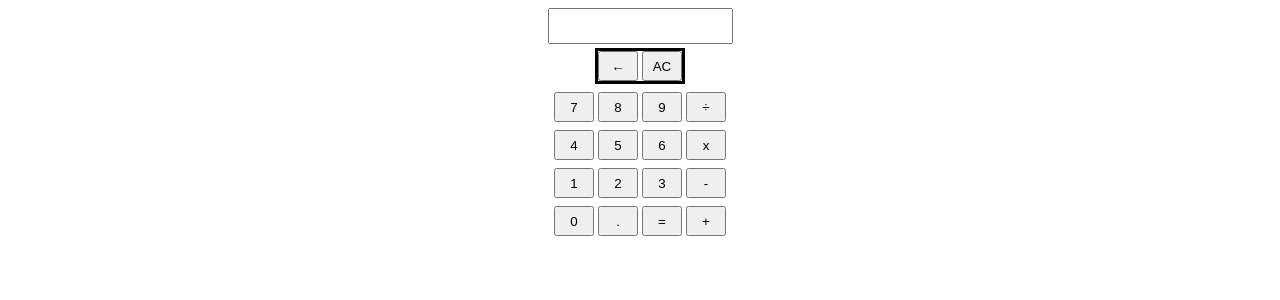
Repository: z1youRA/MyCalculator
Page: index.html
These files come from the project's save history. The page is drawn as it stood at one moment and after the next save; the edit follows.
The browser window is 1280 px wide. The pictures show the whole page.

Above is the page before, as saved 2021-12-19 16:51:40.

### index.html
<!DOCTYPE html>
<html lang="en">
<head>
    <meta charset="UTF-8">
    <meta http-equiv="X-UA-Compatible" content="IE=edge">
    <meta name="viewport" content="width=device-width, initial-scale=1.0">
    <title>Document</title>
    <link rel='stylesheet' href='./css/styles.css'>
</head>
<body>
    <div class='container'>
        <input type='text'>
        <div class='buttons'>
            <div class='first-row row'>
                <button class='back'>←</button>
                <button class='clear'>AC</button>
            </div>
            <div class='second-row row'>
                <button class='num'>7</button>
                <button class='num'>8</button>
                <button class='num'>9</button>
                <button class='ope'>÷</button>
            </div>
            <div class='third-row row'>
                <button class='num'>4</button>
                <button class='num'>5</button>
                <button class='num'>6</button>
                <button class='ope'>x</button>
            </div>
            <div class='fourth-row row'>
                <button class='num'>1</button>
                <button class='num'>2</button>
                <button class='num'>3</button>
                <button class='ope'>-</button>
            </div>
            <div class='fifth-row row'>
                <button class='num'>0</button>
                <button class='num point'>.</button>
                <button class='calcu'>=</button>
                <button class='ope'>+</button>
            </div>
        </div>
    </div>

</body>
<script src='script.js'>
</script>
</html>

### css/styles.css
.container {
    display: flex;
    align-items: center;
    justify-content: center;
    flex-direction: column;
}

input {
    height: 30px;
}

.first-row {
    border: solid;
    flex:2 0 auto;
}

.buttons {
    display: flex;
    flex-direction: column;
    align-items: center;
}

.row {
    margin:4px 2px;
}


button {
    height: 30px;
    width: 40px;
}

### script.js
function add(num1, num2) {
    return +num1 + +num2;
}

function subtract(num1, num2) {
    return +num1 - +num2;
}

function multiply(num1, num2) {
    return +num1 * +num2;
}

function divide(num1, num2) {
    return +num1 / +num2;
}

function operate() {
    if(operator === '+') {
        result = add(num1, num2);
    }
    if(operator === '-') {
        result = subtract(num1, num2);
    }
    if(operator === '*'|| operator === 'x') {
        result = multiply(num1, num2);
    }
    if(operator === '/'|| operator === '÷') {
        if(num2 == 0) {
            clear()
            input.value = 'ERROR';
            return;
        }
        result = divide(num1, num2);
    }
    input.value = Math.round(result * 100000) / 100000;

}

function clear() {
    input.value = '';
    num1 = '';
    num2 = '';
    operator = '';
    result = '';
    flag = 0;
    pointFlag = 0;
}

function inputNum() {
    if(flag === 1 && num2 === '') { //clear the screen when input the second operand.
        input.value = '';
    }
    const number = this.textContent;
    if(number === '.') {
        if(pointFlag === 1) {
            return;
        }
        pointFlag = 1;
    }
    input.value += number;
    if(flag === 0) {
        num1 += number;
    }
    else
        num2 += number;
}

function inputOperator() {
    if(num1 !== '' && num2 !== '' && operator !== '') { //if user didn't press the = button each time.
        operate();
    }
    if(result != '') { //for a second successive operation
        num1 = result;
        num2 = '';
    }
    operator = this.textContent;
    flag = 1;
    pointFlag = 0;
}

function back() {
    if(flag === 0 && num1.length > 0) {
        num1 = num1.slice(0, num1.length - 1);
        input.value = num1;
    }
    else if(flag === 1 && num2.length > 0){
        num2 = num2.slice(0, num2.length - 1);
        input.value = num2;
    }
}

let flag = 0; //if num1 exists flag == 1
let num1 = '';
let num2 = '';
let operator = '';
let result = '';
let pointFlag = 0;

const input = document.querySelector('input');
const nums = document.querySelectorAll('button.num'); //select all buttons representing numbers
const operators = document.querySelectorAll('button.ope');
const calcu = document.querySelector('.calcu');
const clr = document.querySelector('.clear');
const backspace = document.querySelector('.back');

backspace.addEventListener('click', back);
clr.addEventListener('click', clear);
calcu.addEventListener('click', operate);
nums.forEach(num => {
    num.addEventListener('click', inputNum)
})

operators.forEach(ope => {
    ope.addEventListener('click', inputOperator);
})

After the next save:
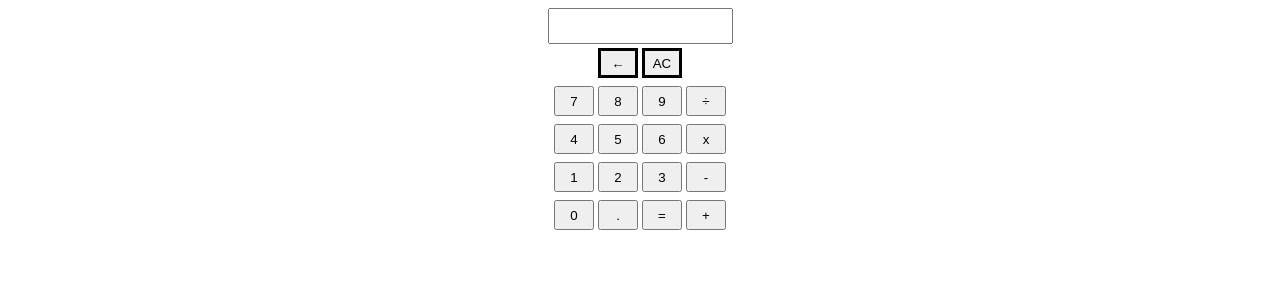
Saved 7 s later.
--- a/css/styles.css
+++ b/css/styles.css
@@ -9,7 +9,7 @@ input {
     height: 30px;
 }
 
-.first-row {
+.first-row button{
     border: solid;
     flex:2 0 auto;
 }
